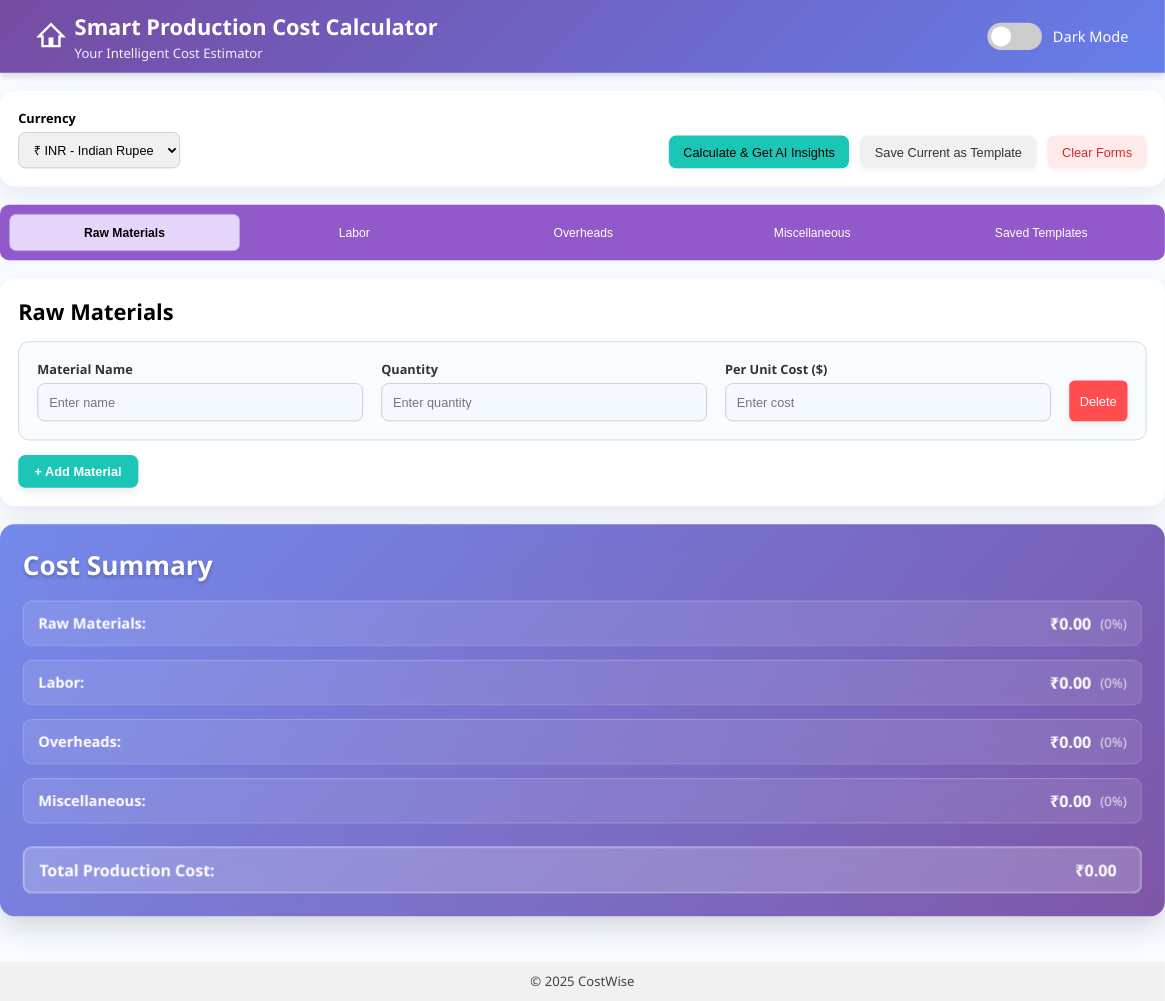
Repository: syntaxion25/COSTWISE
Page: index.html
An editor plug-in stored every save of this project. The page is shown before and after a run of saves, followed by the edit.
The browser window is 1280 px wide. The pictures show the whole page, at 91% of full size.

Above is the page before, as saved 2025-06-13 20:22:44.
Console error: ReferenceError: savedTemplates is not defined

After the next 2 saves:
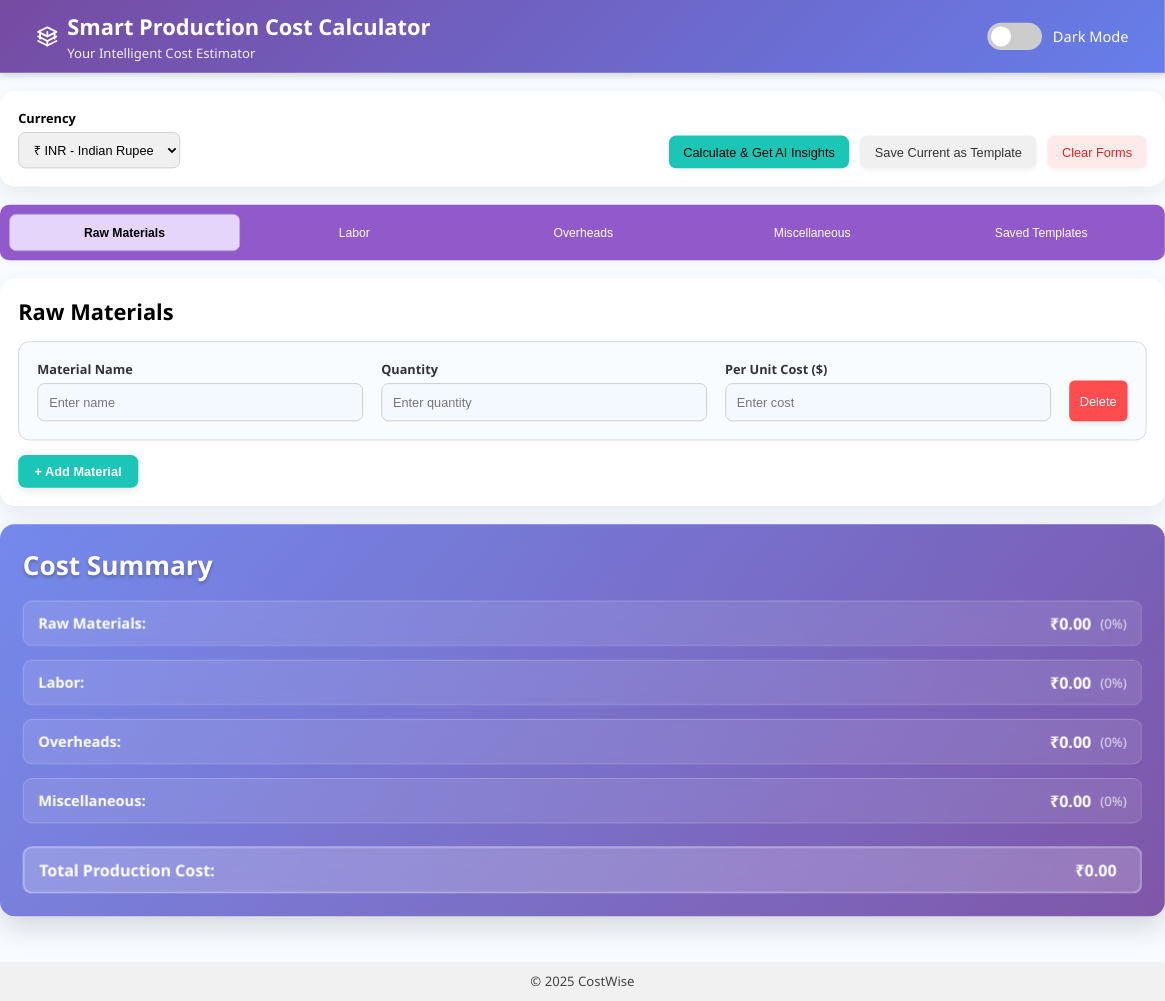
The 2 saves are shown as one change because they came seconds apart.
The last was saved 2 min 14 s later.
--- a/index.html
+++ b/index.html
@@ -10,28 +10,34 @@
 
 <body>
     <header>
-  <div class="container">
-    <div class="header-left">
-      <svg class="logo" viewBox="0 0 24 24" fill="none">
-        <!-- SVG path -->
-        <path d="M12 2L2 12h3v8h6v-6h2v6h6v-8h3L12 2z" stroke="currentColor" stroke-width="2"/>
-      </svg>
-      <div>
-        <h1>Smart Production Cost Calculator</h1>
-        <p class="slogan">Your Intelligent Cost Estimator</p>
-      </div>
-    </div>
-    <div class="header-right">
-      <div class="toggle-container">
-        <label class="switch">
-          <input type="checkbox" id="nightToggle">
-          <span class="slider"></span>
-        </label>
-        <span class="label-text">Dark Mode</span>
-      </div>
-    </div>
-  </div>
-</header>
+        <div class="container">
+            <div class="header-left">
+                <svg xmlns="http://www.w3.org/2000/svg" viewBox="0 0 24 24" fill="none" stroke="currentColor"
+                    stroke-width="2" stroke-linecap="round" stroke-linejoin="round" class="h-10 w-10 text-primary">
+                    <path d="M12 2L2 7l10 5 10-5-10-5z"></path>
+                    <path d="M2 17l10 5 10-5"></path>
+                    <path d="M2 12l10 5 10-5"></path>
+                    <line x1="12" y1="22" x2="12" y2="17"></line>
+                    <line x1="12" y1="12" x2="12" y2="7"></line>
+                    <line x1="20" y1="14.5" x2="20" y2="9.5"></line>
+                    <line x1="4" y1="14.5" x2="4" y2="9.5"></line>
+                </svg>
+                <div>
+                    <h1>Smart Production Cost Calculator</h1>
+                    <p class="slogan">Your Intelligent Cost Estimator</p>
+                </div>
+            </div>
+            <div class="header-right">
+                <div class="toggle-container">
+                    <label class="switch">
+                        <input type="checkbox" id="nightToggle">
+                        <span class="slider"></span>
+                    </label>
+                    <span class="label-text">Dark Mode</span>
+                </div>
+            </div>
+        </div>
+    </header>
 
 
     <main>
@@ -74,7 +80,8 @@
                     </div>
                     <div class="input-group">
                         <label>Quantity</label>
-                        <input type="number" placeholder="Enter quantity" id="material_quantity" class="material-quantity" />
+                        <input type="number" placeholder="Enter quantity" id="material_quantity"
+                            class="material-quantity" />
                     </div>
                     <div class="input-group">
                         <label>Per Unit Cost ($)</label>
@@ -112,15 +119,18 @@
                 <div class="material-inputs-labeled">
                     <div class="input-group">
                         <label>Expense name</label>
-                        <input type="text" placeholder="e.g, electricity, rent" id="overhead_name" class="overhead-name" />
+                        <input type="text" placeholder="e.g, electricity, rent" id="overhead_name"
+                            class="overhead-name" />
                     </div>
                     <div class="input-group">
                         <label>Expense name</label>
-                        <input type="number" placeholder="Enter the quantity" id="overhead_hours" class="overhead-hours" />
+                        <input type="number" placeholder="Enter the quantity" id="overhead_hours"
+                            class="overhead-hours" />
                     </div>
                     <div class="input-group">
                         <label>Cost</label>
-                        <input type="number" placeholder="Enter the service cost" id="overhead_cost" class="overhead-cost" />
+                        <input type="number" placeholder="Enter the service cost" id="overhead_cost"
+                            class="overhead-cost" />
                     </div>
                     <button onclick="deleteElement(this)" class="delete-btn">Delete</button>
                 </div>
@@ -135,7 +145,8 @@
                 <div class="material-inputs-labeled">
                     <div class="input-group">
                         <label>Total Miscellaneous Costs</label>
-                        <input type="number" placeholder="Enter total miscellaneous costs" id="miscellaneous_costs" class="miscellaneous-costs" />
+                        <input type="number" placeholder="Enter total miscellaneous costs" id="miscellaneous_costs"
+                            class="miscellaneous-costs" />
                     </div>
                 </div>
             </div>
@@ -158,4 +169,5 @@
 
     <script src="app.js"></script>
 </body>
+
 </html>
